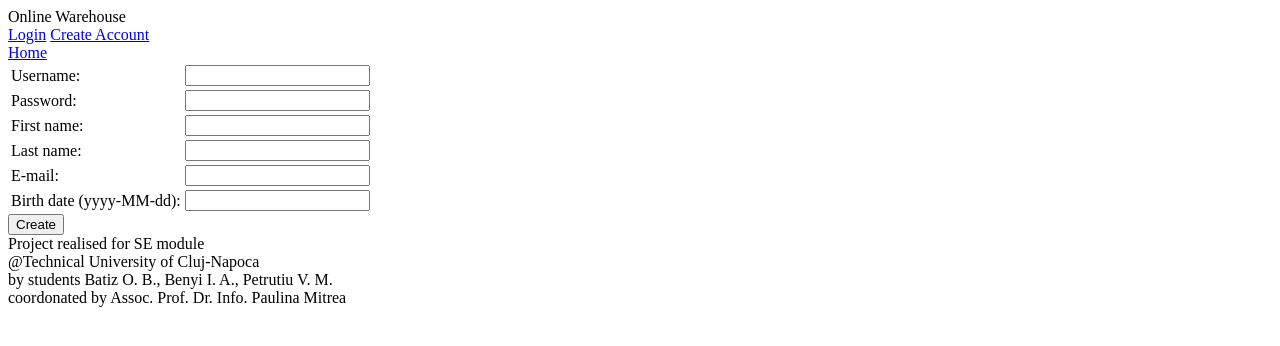
Repository: orsi-batiz/SEwithJSP
Page: http://localhost/OnlineWarehouse/createAccount.jsp
The author's editor kept a copy of each file at every save. The page is drawn from the files as they stood at one save, then again after the next save.
The browser window is 1280 px wide. The pictures show the whole page.
The page is served by Tomcat 9. Other server files are loaded and not shown.

Above is the page before, as saved 2019-01-16 16:35:45.

### OnlineWarehouse/OnlineWarehouse/WebContent/createAccount.jsp
<%@ page language="java" contentType="text/html; charset=ISO-8859-1"
    pageEncoding="ISO-8859-1"%>
<!DOCTYPE html>
<html>
<head>
<meta charset="ISO-8859-1">
<title>Create account</title>
</head>
<body>
<jsp:include page="header.jsp" />
<jsp:include page="menu.jsp" />

<form action="createAccountServlet" method="post">
			<table style="with: 50%">
				<tr>
					<td>Username: </td>
					<td><input type="text" name="username" /></td>
				</tr>
				<tr>
					<td>Password: </td>
					<td><input type="password" name="password" /></td>
				</tr>
				<tr>
					<td>First name:</td>
					<td><input type="text" name="firstName" /></td>
				</tr>
					<tr>
					<td>Last name:</td>
					<td><input type="text" name="lastName" /></td>
				</tr>
				<tr>
					<td>E-mail: </td>
					<td><input type="text" name="email" /></td>
				</tr>
				<tr>
					<td>Birth date (yyyy-MM-dd): </td>
					<td><input type="text" name="birthDate" /></td>
				</tr>
				</table>
			<input type="submit" value="Create" /></form>

<jsp:include page="footer.jsp" />
</body>
</html>

### OnlineWarehouse/OnlineWarehouse/WebContent/header.jsp
<%@ page language="java" contentType="text/html; charset=UTF-8"
    pageEncoding="UTF-8"%>
<%@ taglib uri="http://java.sun.com/jsp/jstl/core" prefix="c"%>

<div class="header-container">

    <div class="site-name">Online Warehouse</div>

    <div class="header-bar">
        <c:if test="${sessionScope.customer != null}">
           <form action="accountServlet" method="post">
				<input type="submit" value="Account" /></form>
           <form action="logoutServlet" method="post">
				<input type="submit" value="Logout" /></form>

        </c:if>
        <c:if test="${sessionScope.customer == null}">
            <a href="${pageContext.request.contextPath}/login.jsp" >Login</a>
        	<a href="${pageContext.request.contextPath}/createAccount.jsp" >Create Account</a>
        </c:if>

    </div>
</div>

### OnlineWarehouse/OnlineWarehouse/WebContent/menu.jsp
<%@ page language="java" contentType="text/html; charset=UTF-8"
    pageEncoding="UTF-8"%>

<div class="menu-container">

   <a href="${pageContext.request.contextPath}/index.jsp">Home</a>
   <!-- |
   <a href="${pageContext.request.contextPath}/productList">
      Product List
   </a>
   |
   <a href="${pageContext.request.contextPath}/shoppingCart">
      My Cart
   </a>
   |
   <security:authorize  access="hasAnyRole('ROLE_MANAGER','ROLE_EMPLOYEE')">
     <a href="${pageContext.request.contextPath}/orderList">
         Order List
     </a>
     |
   </security:authorize>

   <security:authorize  access="hasRole('ROLE_MANAGER')">
         <a href="${pageContext.request.contextPath}/product">
                        Create Product
         </a>
         |
   </security:authorize>
  -->
</div>

### OnlineWarehouse/OnlineWarehouse/WebContent/footer.jsp
<%@ page language="java" contentType="text/html; charset=UTF-8"
    pageEncoding="UTF-8"%>


<div class="footer-container">

   Project realised for SE module
   <br>
   @Technical University of Cluj-Napoca
   <br>
   by students Batiz O. B., Benyi I. A., Petrutiu V. M.
   <br>
   coordonated by Assoc. Prof. Dr. Info. Paulina Mitrea

</div>

After the next save:
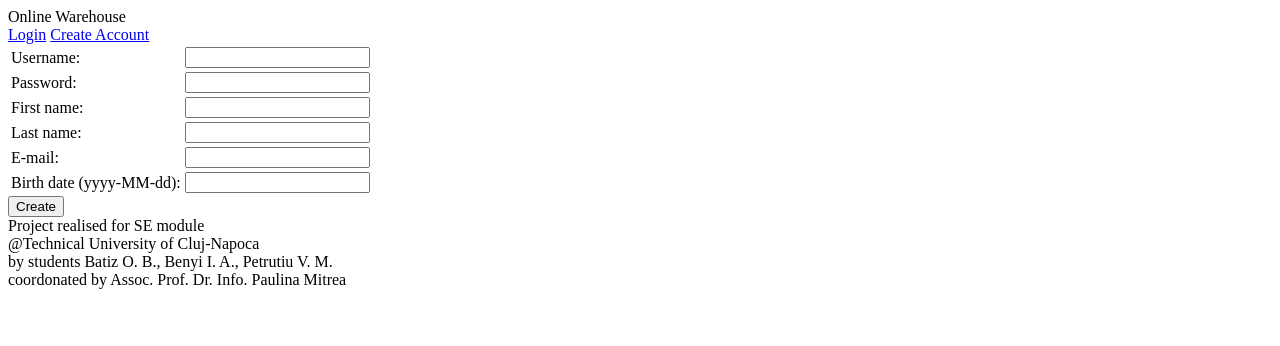
Saved 25 min 40 s later.
--- a/OnlineWarehouse/OnlineWarehouse/WebContent/createAccount.jsp
+++ b/OnlineWarehouse/OnlineWarehouse/WebContent/createAccount.jsp
@@ -8,7 +8,6 @@
 </head>
 <body>
 <jsp:include page="header.jsp" />
-<jsp:include page="menu.jsp" />
 
 <form action="createAccountServlet" method="post">
 			<table style="with: 50%">
